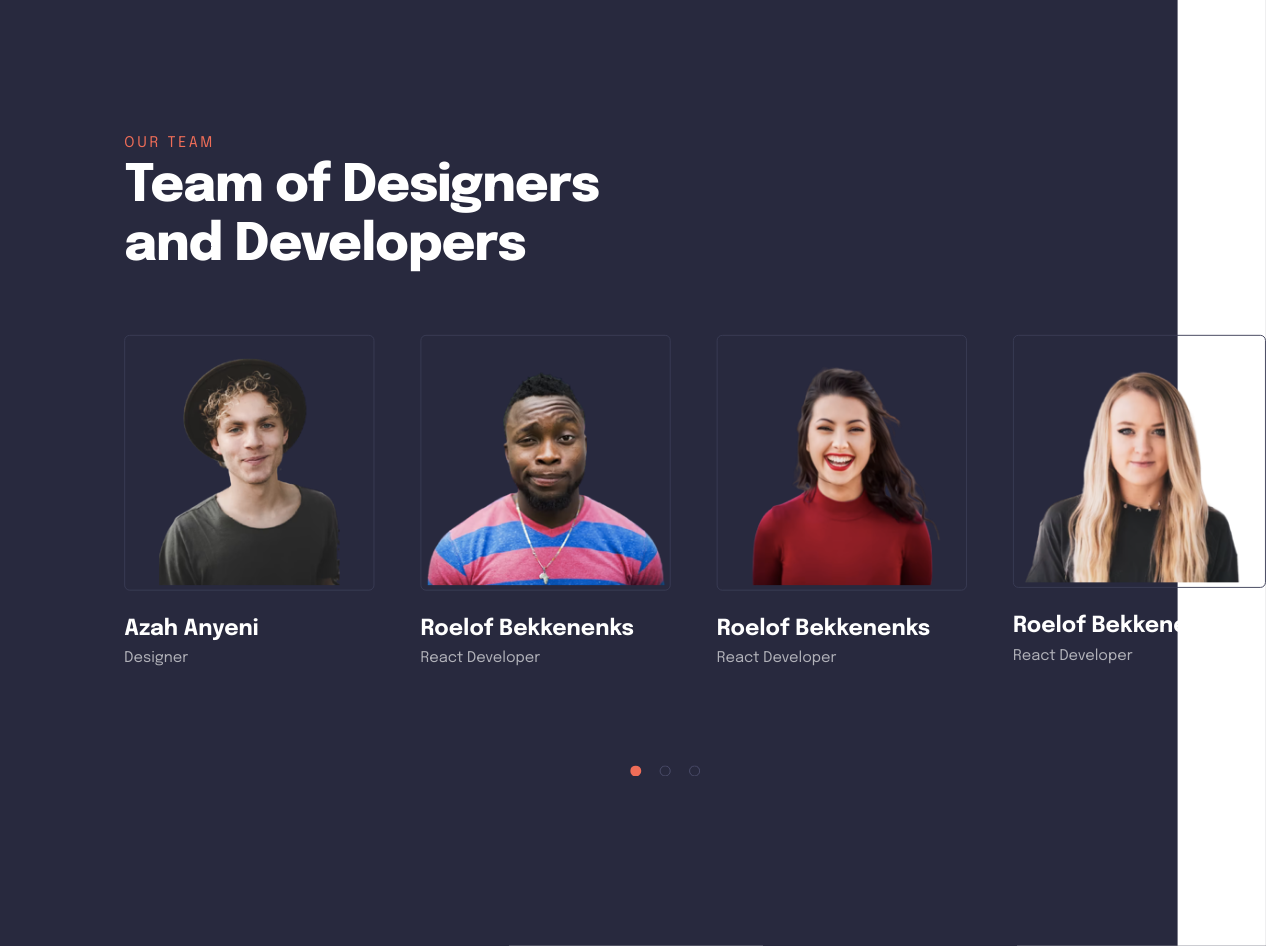
Repository: HeybetzadeQedim/task-6
Page: TEAM/index.html
An editor plug-in stored every save of this project. The page is shown before and after a run of saves, followed by the edit.
The browser window is 1280 px wide. The page is 1376 px wide, then 1300 px, so the pictures cover 1376 px, including what lies to the right of the window. The pictures show the whole page, at 92% of full size.

Above is the page before, as saved 2023-10-30 16:10:11.

### TEAM/index.html
<!DOCTYPE html>
<html lang="en">
  <head>
    <meta charset="UTF-8" />
    <meta name="viewport" content="width=device-width, initial-scale=1.0" />
    <title>Document</title>
    <link rel="stylesheet" href="./index.css" />
  </head>
  <body>
    <div class="main-container">
      <div class="text-container">
        <h5>Our Team</h5>
        <h2>
          Team of Designers<br />
          and Developers
        </h2>
      </div>

      <div class="box-container">
        <div class="box-1">
          <div class="box-2">
            <img src="images/Bitmap.png" />
          </div>
          <h4>Azah Anyeni</h4>
          <p>Designer</p>
        </div>

        <div class="box-1">
          <div class="box-3">
            <img src="images/Bitmap (1).png" />
          </div>
          <h4>Roelof Bekkenenks</h4>
          <p>React Developer</p>
        </div>

        <div class="box-1">
          <div class="box-4">
            <img src="images/Bitmap (2).png" />
          </div>
          <h4>Roelof Bekkenenks</h4>
          <p>React Developer</p>
        </div>

        <div class="box-1">
          <div class="box-5">
            <img src="images/Bitmap (3).png" />
          </div>
          <h4>Roelof Bekkenenks</h4>
          <p>React Developer</p>
        </div>
      </div>
      <div class="last-container">
        <img src="images/pins (1).svg" />
      </div>
    </div>
  </body>
</html>

### TEAM/index.css
@import url("https://fonts.googleapis.com/css2?family=Epilogue:wght@400;700;800&display=swap");
* {
  padding: 0;
  margin: 0;
  box-sizing: border-box;
}
.main-container {
  padding: 140px 135px 180px 135px;
  background-color: #28293e;
  min-height: 100vh;
}
.main-container .text-container h5 {
  color: var(--Text_Light_Accent, #ef6d58);
  font-feature-settings: "clig" off, "liga" off;
  font-family: Epilogue;
  font-size: 16px;
  font-style: normal;
  font-weight: 400;
  line-height: 32px;
  letter-spacing: 3px;
  text-transform: uppercase;
}
.main-container .text-container h2 {
  color: var(--Text_Light, #fff);
  font-feature-settings: "clig" off, "liga" off;
  font-family: Epilogue;
  font-size: 56px;
  font-style: normal;
  font-weight: 800;
  line-height: 64px;
  letter-spacing: -1px;
}
.box-container {
  display: flex;
  justify-content: space-between;
}
.box-1 {
  margin-top: 64px;
  margin-right: 50px;
}
.box-2 {
  padding: 24px 37px 1px 37px;
  border-radius: 6px;
  border: 1px solid #3a3c56;
  display: inline-block;
}
.box-2 img {
  width: 196px;
  height: 247px;
}
.box-1 h4 {
  margin-top: 26px;
  color: var(--Text_Light, #fff);
  font-feature-settings: "clig" off, "liga" off;
  font-family: Epilogue;
  font-size: 24px;
  font-style: normal;
  font-weight: 700;
  line-height: 32px;
}
.box-1 p {
  color: var(--Text_Light_Gray, rgba(255, 255, 255, 0.64));
  font-feature-settings: "clig" off, "liga" off;
  font-family: Epilogue;
  font-size: 16px;
  font-style: normal;
  font-weight: 400;
  line-height: 32px;
}
.box-3 {
  padding: 39px 5px 1px 6px;
  border-radius: 6px;
  border: 1px solid #3a3c56;
  display: inline-block;
}
.box-3 img {
  width: 259px;
  height: 232px;
}
.box-4 {
  padding: 33px 28px 1px 37px;
  border-radius: 6px;
  border: 1px solid #3a3c56;
  display: inline-block;
}
.box-4 img {
  width: 205px;
  height: 238px;
}
.box-5 {
  padding: 38px 28px 1px 12px;
  border-radius: 6px;
  border: 1px solid #3a3c56;
  display: inline-block;
}
.box-5 img {
  width: 233px;
  height: 230px;
}
.last-container img {
  margin-top: 100px;
  margin-left: 550px;
  width: 76px;
  height: 12px;
}

After the next 3 saves:
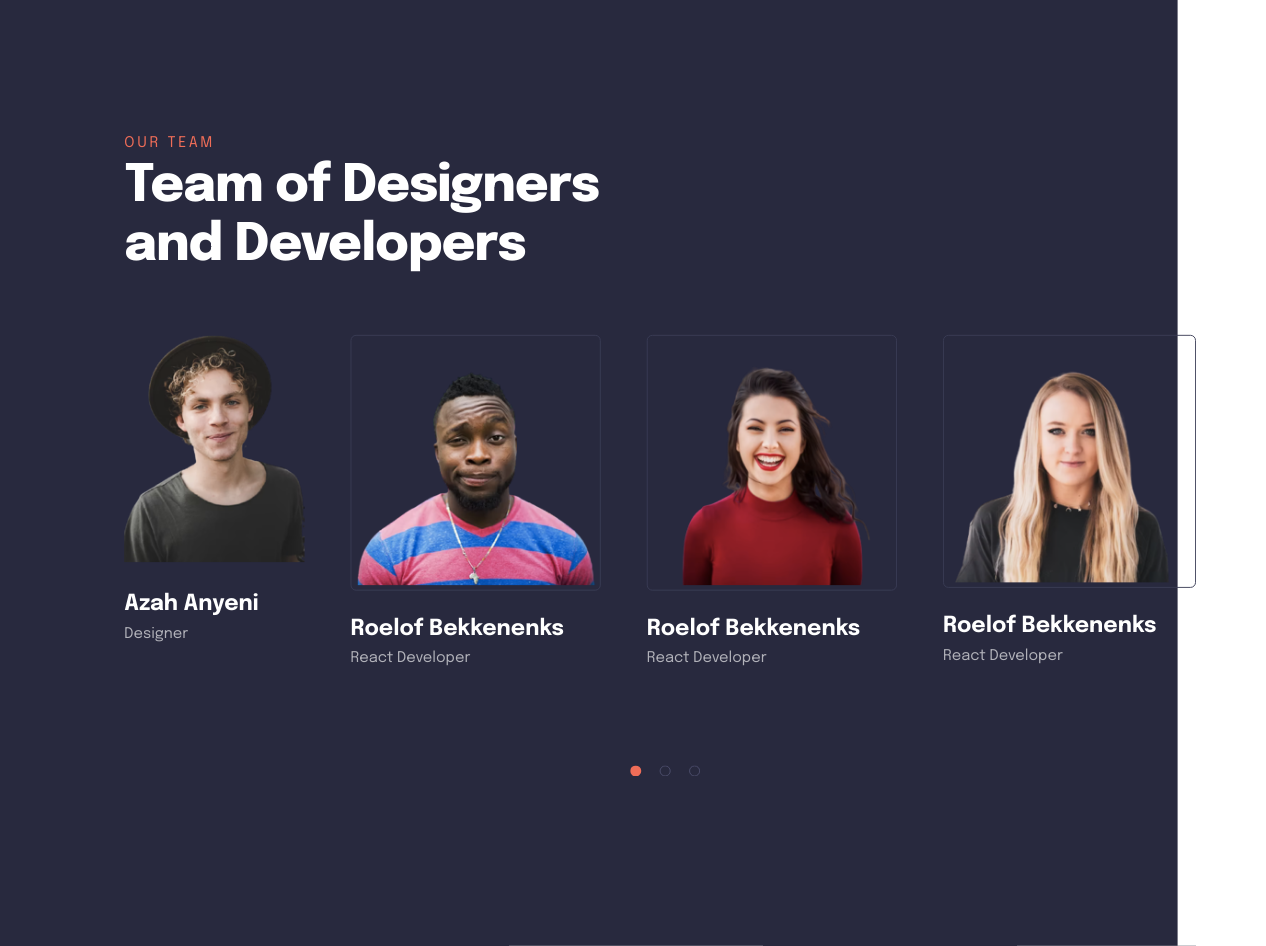
The 3 saves are shown as one change because they came seconds apart.
The last was saved 97 s later.
--- a/TEAM/index.html
+++ b/TEAM/index.html
@@ -18,7 +18,7 @@
 
       <div class="box-container">
         <div class="box-1">
-          <div class="box-2">
+          <div class="img-border">
             <img src="images/Bitmap.png" />
           </div>
           <h4>Azah Anyeni</h4>
